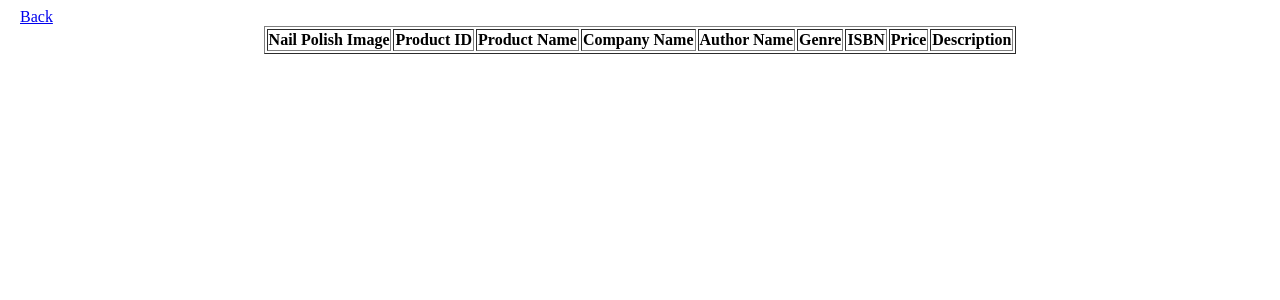
Repository: harshalsakpal/Catalog
Page: http://localhost/Catalog/pages/listNailPolish.jsp
The author's editor kept a copy of each file at every save. The page is drawn from the files as they stood at one save, then again after the next save.
The browser window is 1280 px wide. The pictures show the whole page.
The page is served by Tomcat 9. Other server files are loaded and not shown.

Above is the page before, as saved 2014-05-21 08:36:01.

### Catalog/WebContent/pages/listNailPolish.jsp
<%@page import="java.util.ArrayList"%>
<%@page import="com.catalog.beans.NailPolishBean"%>
<%@ page language="java" contentType="text/html; charset=ISO-8859-1"
	pageEncoding="ISO-8859-1"%>
<!DOCTYPE html PUBLIC "-//W3C//DTD HTML 4.01 Transitional//EN" "http://www.w3.org/TR/html4/loose.dtd">
<html>
<head>
<meta http-equiv="Content-Type" content="text/html; charset=ISO-8859-1">
<title>List of Nail Polishes</title>
</head>
<body>
	 <div>
		&nbsp;&nbsp;&nbsp;<a href="home.jsp">Back</a>
	</div>
	<table border="1" align="center">
		<tr>
			<td align="center"><b>Nail Polish Image</b> </td>
			<td align="center"><b>Product ID </b></td>
			<td align="center"><b>Product Name</b></td>
			<td align="center"><b>Company Name</b></td>
			<td align="center"><b>Author Name</b></td>
			<td align="center"><b>Genre</b></td>
			<td align="center"><b>ISBN</b></td>
			<td align="center"><b>Price</b></td>
			<td align="center"><b>Description</b></td>
		</tr>
		<%
			if (session.getAttribute("nailPolishBean") != null) {
				ArrayList<NailPolishBean> arrayOfNailPolishBean = (ArrayList<NailPolishBean>) session.getAttribute("nailPolishBean");

				for(int i=0;i<arrayOfNailPolishBean.size();i++){
		%>
		<tr><td>
			<img src="<%=arrayOfNailPolishBean.get(i).getProductURL()%>"
				width="100px 100px 100px 100px" height="200px 200px 200px 200px"
				style="border: 0" /></td>
		</tr>

		<%
			}

				}
		%>
</table>
</body>
</html>

After the next save:
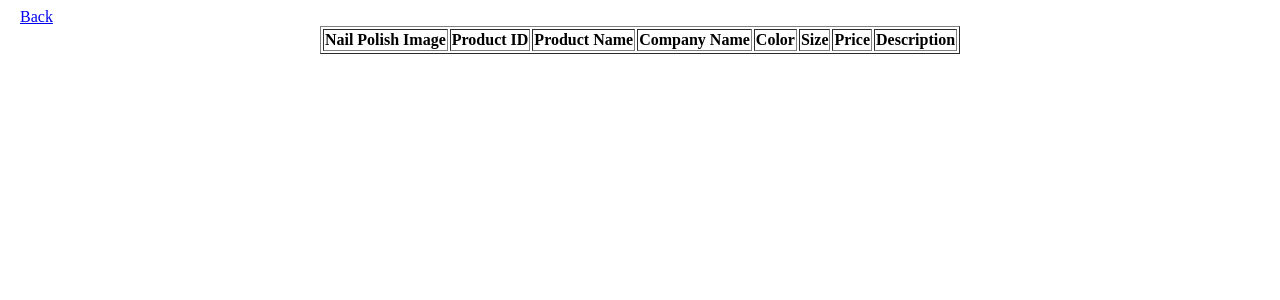
Saved 29 s later.
--- a/Catalog/WebContent/pages/listNailPolish.jsp
+++ b/Catalog/WebContent/pages/listNailPolish.jsp
@@ -18,9 +18,8 @@
 			<td align="center"><b>Product ID </b></td>
 			<td align="center"><b>Product Name</b></td>
 			<td align="center"><b>Company Name</b></td>
-			<td align="center"><b>Author Name</b></td>
-			<td align="center"><b>Genre</b></td>
-			<td align="center"><b>ISBN</b></td>
+			<td align="center"><b>Color</b></td>
+			<td align="center"><b>Size</b></td>
 			<td align="center"><b>Price</b></td>
 			<td align="center"><b>Description</b></td>
 		</tr>
